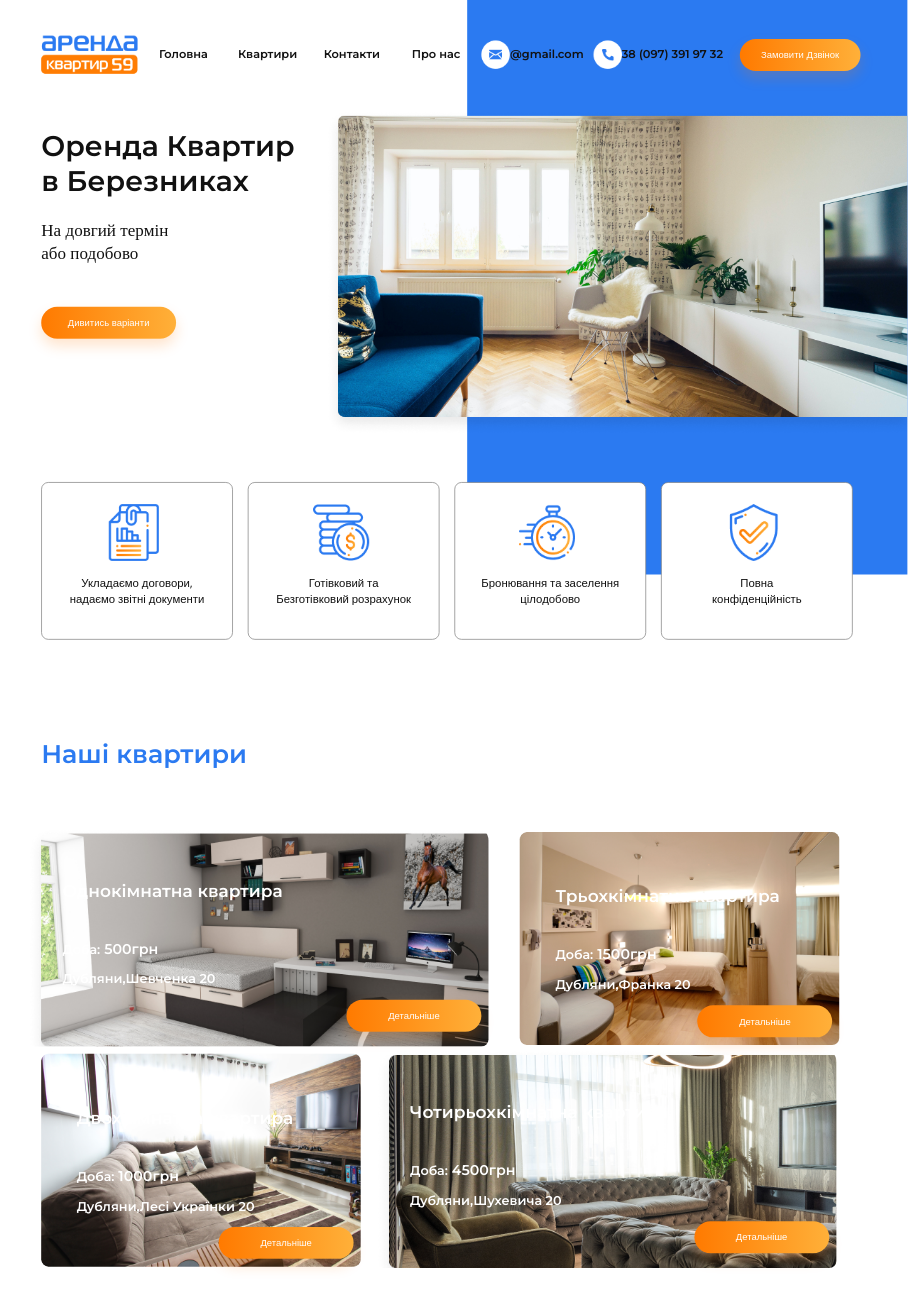
Repository: batonAnton/HW-7-grid
Page: index.html
These files come from the project's save history. The page is drawn as it stood at one moment and after the next save; the edit follows.
The browser window is 1280 px wide. The pictures show the whole page, at 71% of full size.

Above is the page before, as saved 2022-06-25 21:11:18.

After the next save:
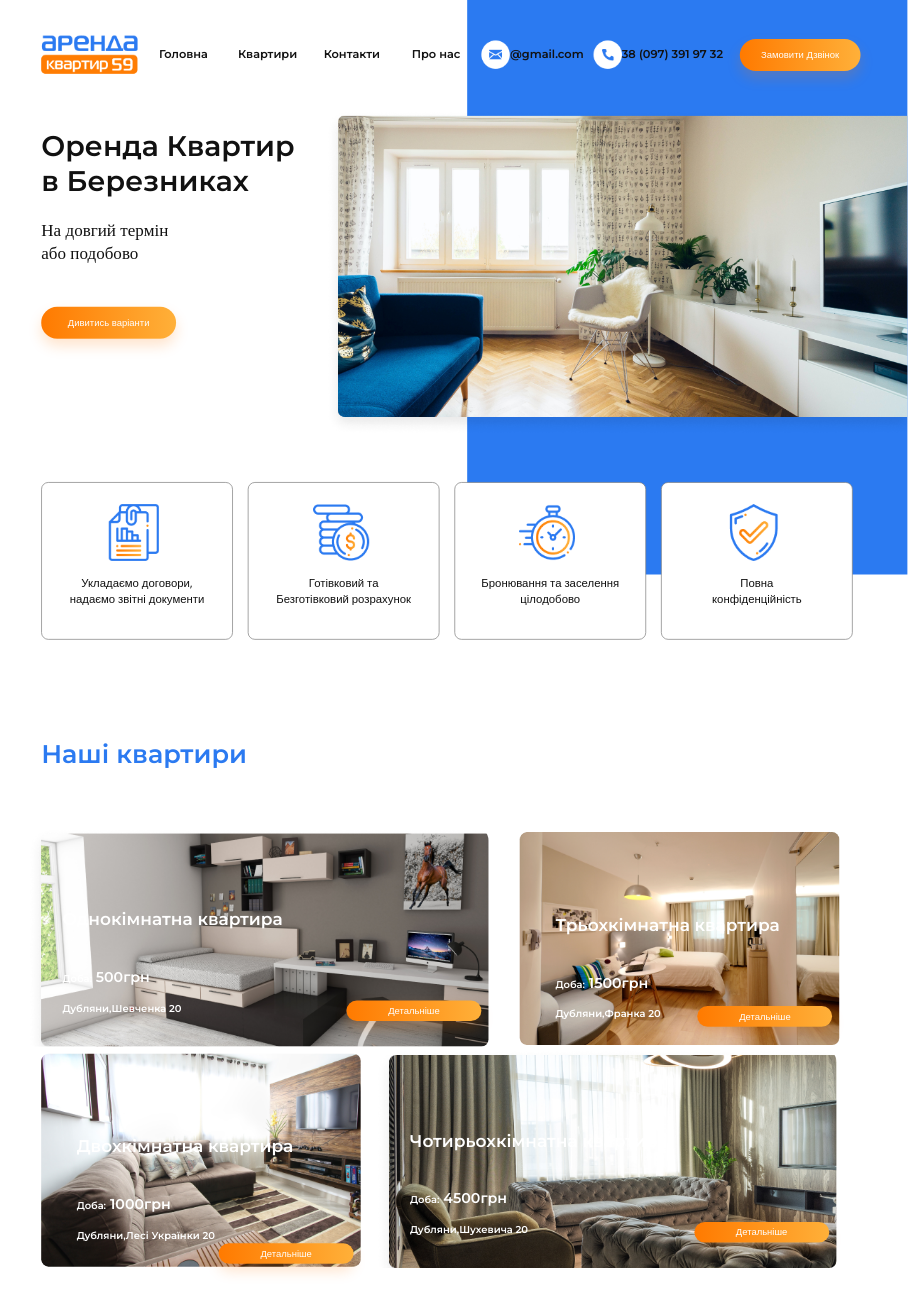
Saved 4 min 54 s later.
--- a/css/styles2.css
+++ b/css/styles2.css
@@ -265,7 +265,7 @@ header {
 }
 
 .wrapper4 .img1-1 h1 {
-  padding: 60px 50px 30px 50px;
+  padding: 100px 50px 30px 50px;
   font-family: "Montserrat";
   font-style: normal;
   font-weight: 800;
@@ -276,7 +276,7 @@ header {
 }
 
 .wrapper4 .img1-2 h1 {
-    padding: 60px 50px 30px 50px;
+    padding: 100px 50px 30px 50px;
     font-family: "Montserrat";
     font-style: normal;
     font-weight: 800;
@@ -287,7 +287,7 @@ header {
   }
 
   .wrapper4 .img2-1 h1 {
-    padding: 60px 50px 30px 50px;
+    padding: 100px 50px 30px 50px;
     font-family: "Montserrat";
     font-style: normal;
     font-weight: 800;
@@ -298,7 +298,7 @@ header {
   }
 
   .wrapper4 .img2-2 h1 {
-    padding: 60px 50px 30px 50px;
+    padding: 100px 50px 30px 50px;
     font-family: "Montserrat";
     font-style: normal;
     font-weight: 800;
@@ -312,9 +312,10 @@ header {
     font-family: 'Montserrat';
     font-style: normal;
     font-weight: 400;
-    font-size: 18px;
+    font-size: 14px;
     line-height: 22px;
     color: #FFFFFF;
+    display: inline;
 }
 
  .wrapper4 .price{
@@ -337,4 +338,5 @@ header {
 .wrapper4 .btn{
     float: right;
     margin-right: 10px;
-}
+    padding: 7px 15px;
+}
